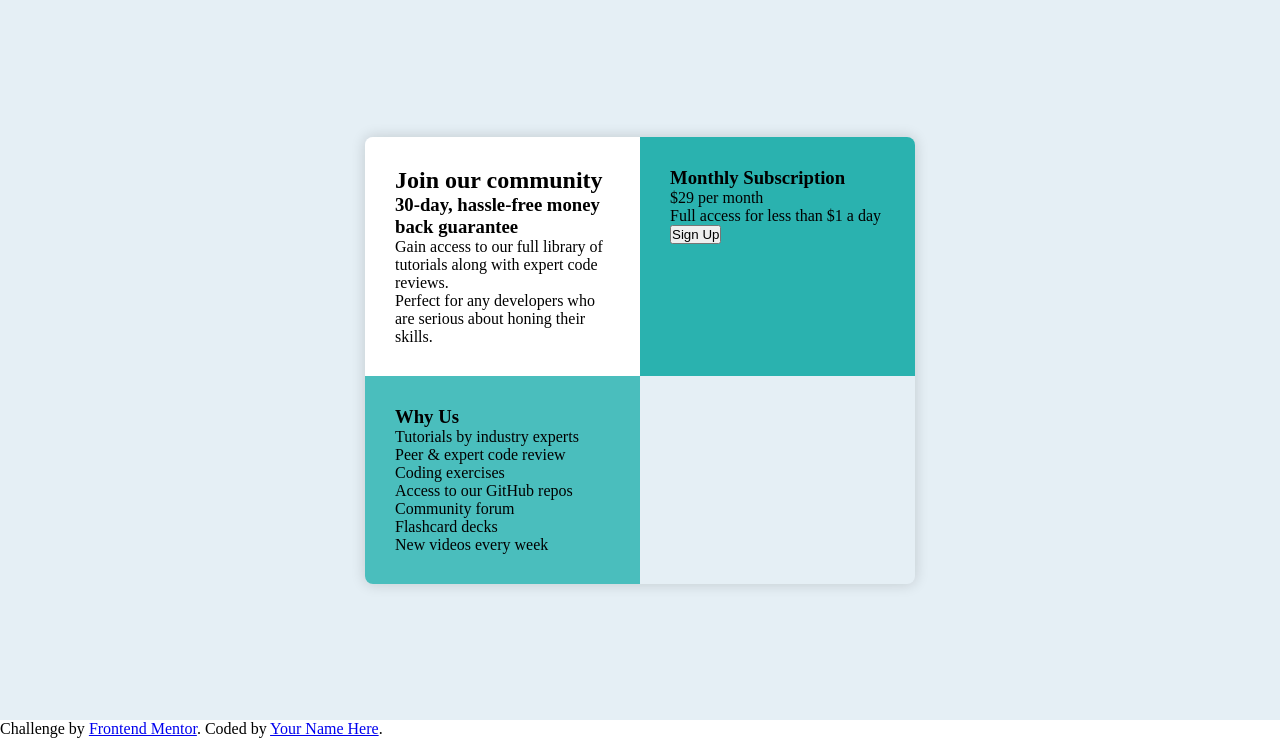
Repository: jminervino/PriceGridComponent
Page: index.html
The author's editor kept a copy of each file at every save. The page is drawn from the files as they stood at one save, then again after the next save.
The browser window is 1280 px wide. The pictures show the whole page.

Above is the page before, as saved 2022-02-07 11:10:53.

### index.html
<!DOCTYPE html>
<html lang="en">
<head>
  <meta charset="UTF-8">
  <meta name="viewport" content="width=device-width, initial-scale=1.0"> <!-- displays site properly based on user's device -->

  <link rel="icon" type="image/png" sizes="32x32" href="./images/favicon-32x32.png">
  <link rel="stylesheet" href="style.css">

  <title>Frontend Mentor | Single Price Grid Component</title>

  <!-- Feel free to remove these styles or customise in your own stylesheet 👍 -->
  <style>
    .attribution { font-size: 11px; text-align: center; }
    .attribution a { color: hsl(228, 45%, 44%); }
  </style>
</head>
<body>
    <section>
        <div class="container">
            <div class="box-one">
                <h2>Join our community</h2>
                <h3>30-day, hassle-free money back guarantee</h3>
                <p>
                    Gain access to our full library of tutorials along with expert code reviews. <br>
                    Perfect for any developers who are serious about honing their skills.
                </p>
            </div>
            <div class="box-two">
                <h3>Monthly Subscription</h3>
                <p><span>&dollar;</span>29 per month</p>
                <p>Full access for less than &dollar;1 a day</p>
                <button>Sign Up</button>
            </div>
            <div class="box-three">
                <h3>Why Us</h3>
                <p>
                    Tutorials by industry experts <br>
                    Peer &amp; expert code review <br>
                    Coding exercises <br>
                    Access to our GitHub repos <br>
                    Community forum <br>
                    Flashcard decks <br>
                    New videos every week <br>
                </p>
            </div>
        </div>
    </section>
  <footer>
    <p>
      Challenge by <a href="https://www.frontendmentor.io?ref=challenge" target="_blank">Frontend Mentor</a>.
      Coded by <a href="#">Your Name Here</a>.
    </p>
  </footer>
</body>
</html>

### style.css
@import url('https://fonts.googleapis.com/css2?family=Karla:ital,wght@0,200;1,200&family=Open+Sans+Condensed:wght@300&family=Quicksand:wght@300;400;500;600;700&display=swap');

* {
    margin: 0;
    padding: 0;
    box-sizing: border-box;
}

section {
    min-height: 100vh;
    width: 100%;
    display: flex;
    align-items: center;
    justify-content: center;
    background-color: hsl(204, 43%, 93%);
    padding: 100px 30px;

}

.container {
    display: grid;
    grid-template-columns: 50% 50%;
    max-width: 550px;
    box-shadow: 0px 0px 14px 1px #00000024;
    margin: 0 auto;
    border-radius: 8px;
    overflow: hidden;
}

.box-one  {
    background-color: #ffffff;
    padding: 30px;
}

.box-two {
    background-color: hsl(179, 62%, 43%);
    padding: 30px;
}

.box-three {
    background-color: #4abebd;
    padding: 30px;
}

After the next save:
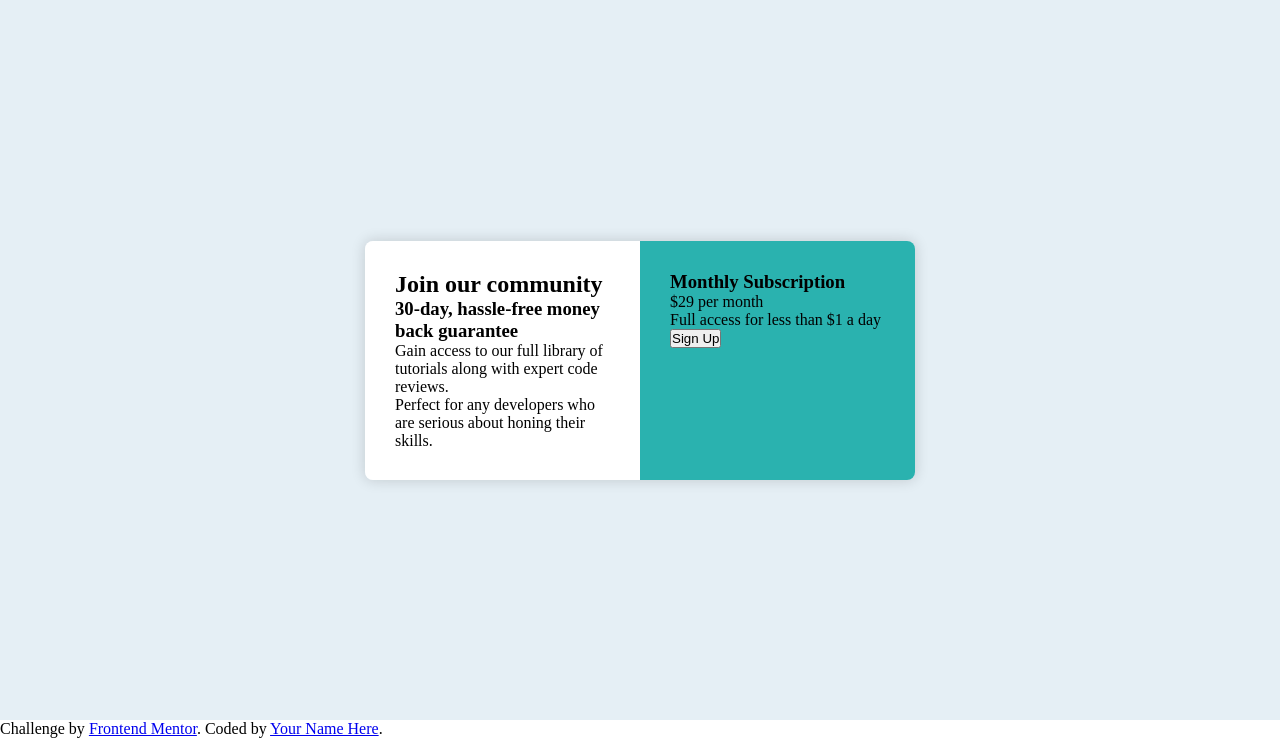
Saved 5 min 6 s later.
--- a/style.css
+++ b/style.css
@@ -19,7 +19,7 @@
 
 .container {
     display: grid;
-    grid-template-columns: 50% 50%;
+    grid-template-columns: 50% 50% 50%;
     max-width: 550px;
     box-shadow: 0px 0px 14px 1px #00000024;
     margin: 0 auto;

After the save that followed:
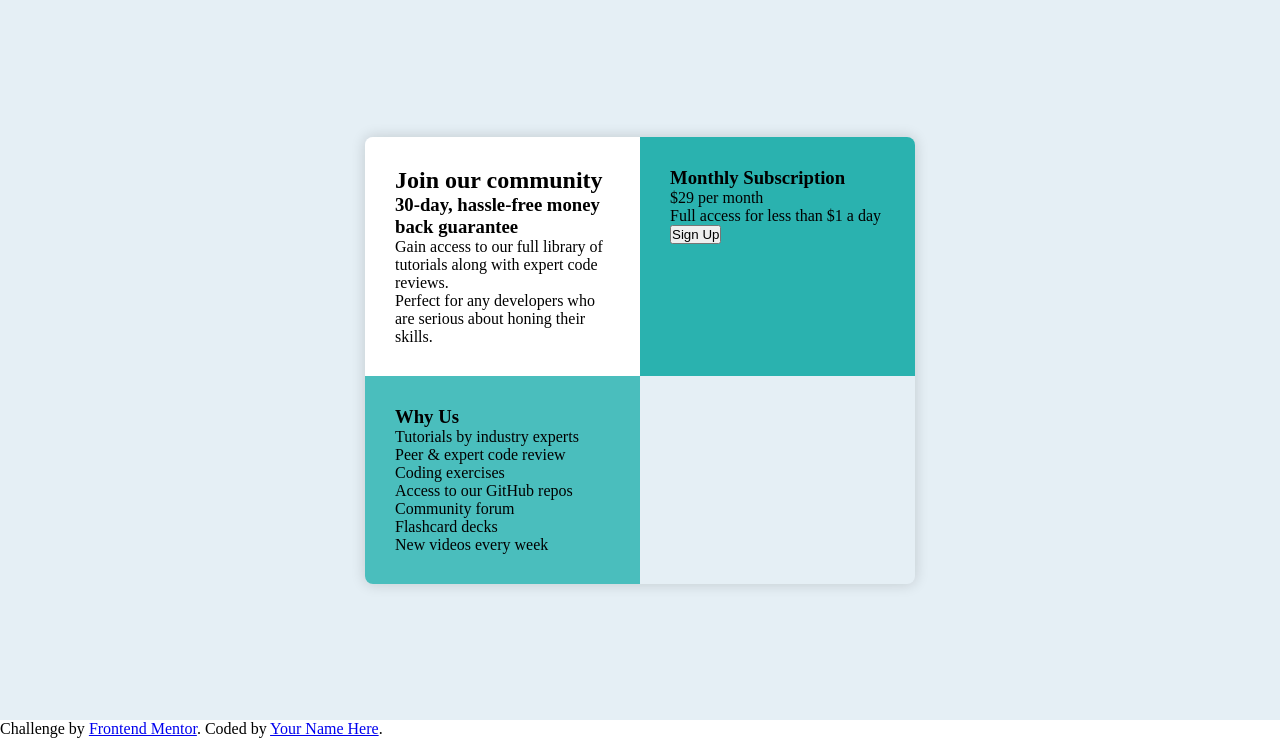
Saved 6 s later.
--- a/style.css
+++ b/style.css
@@ -19,7 +19,7 @@
 
 .container {
     display: grid;
-    grid-template-columns: 50% 50% 50%;
+    grid-template-columns: 50% 50%;
     max-width: 550px;
     box-shadow: 0px 0px 14px 1px #00000024;
     margin: 0 auto;
